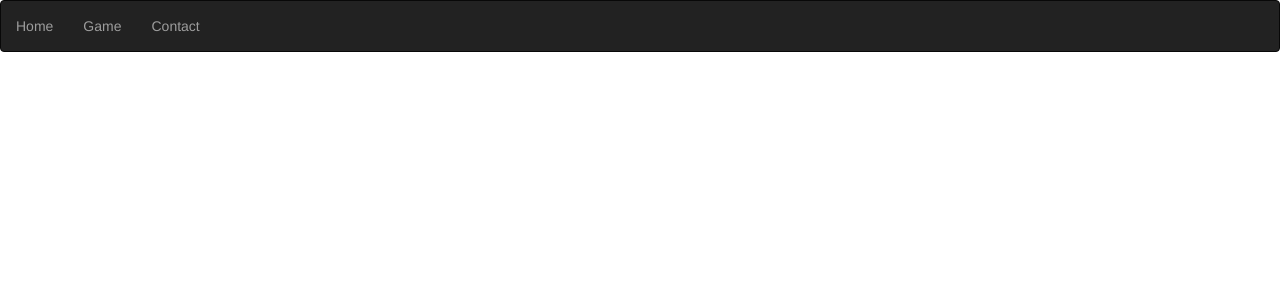
Repository: hyunhee7/web_work
Page: http://localhost/Step10_Include/test7/home.jsp
The author's editor kept a copy of each file at every save. The page is drawn from the files as they stood at one save, then again after the next save.
The browser window is 1280 px wide. The pictures show the whole page.
The page is served by Tomcat 9.

Above is the page before, as saved 2017-06-29 07:32:23.

After the next save:
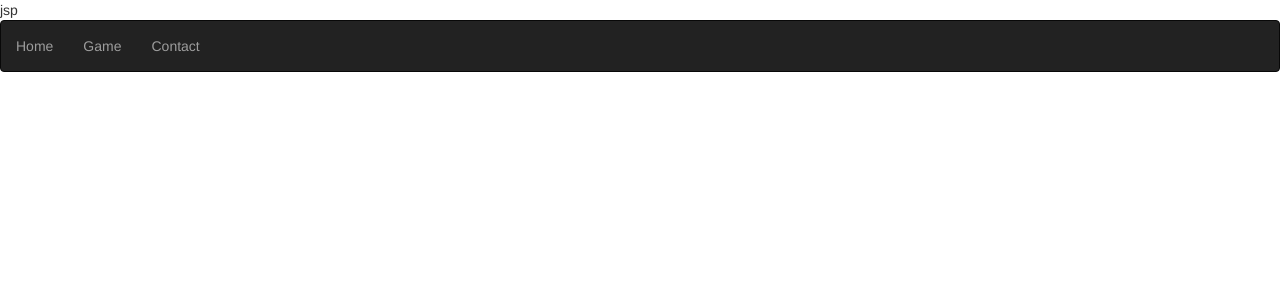
Saved 113 s later.
--- a/Step10_Include/WebContent/test7/home.jsp
+++ b/Step10_Include/WebContent/test7/home.jsp
@@ -1,6 +1,7 @@
 <%@ page language="java" contentType="text/html; charset=UTF-8"
     pageEncoding="UTF-8"%>
 <%@include file="myResource.jsp" %>
+jsp<jsp:include page="myResource.jsp"></jsp:include>
 <!DOCTYPE html PUBLIC "-//W3C//DTD HTML 4.01 Transitional//EN" "http://www.w3.org/TR/html4/loose.dtd">
 <html>
 <head>

After the save that followed:
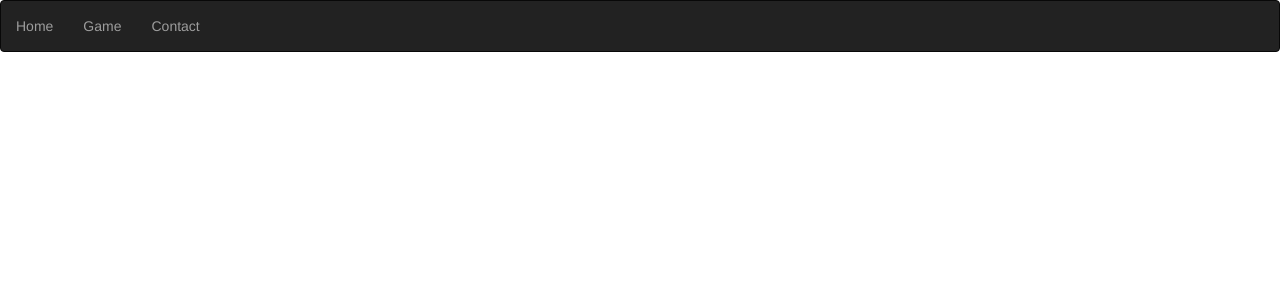
Saved 23 s later.
--- a/Step10_Include/WebContent/test7/home.jsp
+++ b/Step10_Include/WebContent/test7/home.jsp
@@ -1,11 +1,10 @@
 <%@ page language="java" contentType="text/html; charset=UTF-8"
     pageEncoding="UTF-8"%>
-<%@include file="myResource.jsp" %>
-jsp<jsp:include page="myResource.jsp"></jsp:include>
 <!DOCTYPE html PUBLIC "-//W3C//DTD HTML 4.01 Transitional//EN" "http://www.w3.org/TR/html4/loose.dtd">
 <html>
 <head>
 <meta http-equiv="Content-Type" content="text/html; charset=UTF-8">
+<jsp:include page="myResource.jsp"></jsp:include>
 <title>home.jsp</title>
 </head>
 <body>
